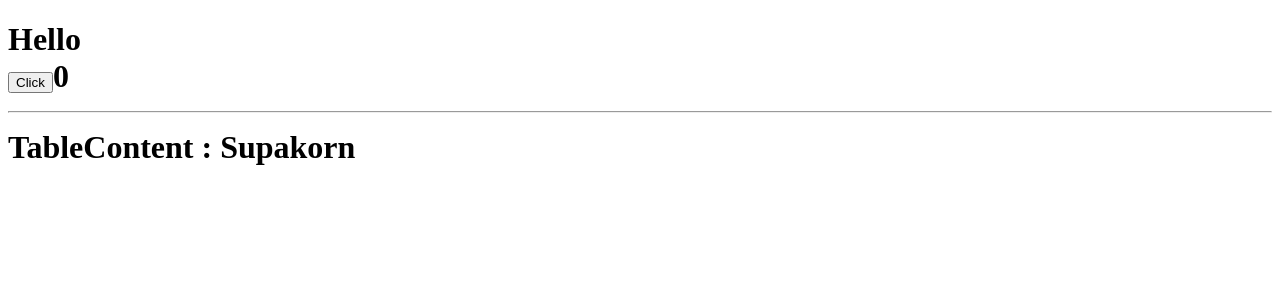
Repository: supakorn5039-boon/React-s
Page: /
These files come from the project's save history. The page is drawn as it stood at one moment and after the next save; the edit follows.
The browser window is 1280 px wide. The pictures show the whole page.
The project was rebuilt for these pictures with package versions that can differ from the ones it lists, and the page was loaded fresh each time. Also part of the build but not shown: vite.config.js.

Above is the page before, as saved 2024-01-09 08:52:11.

After the next save:
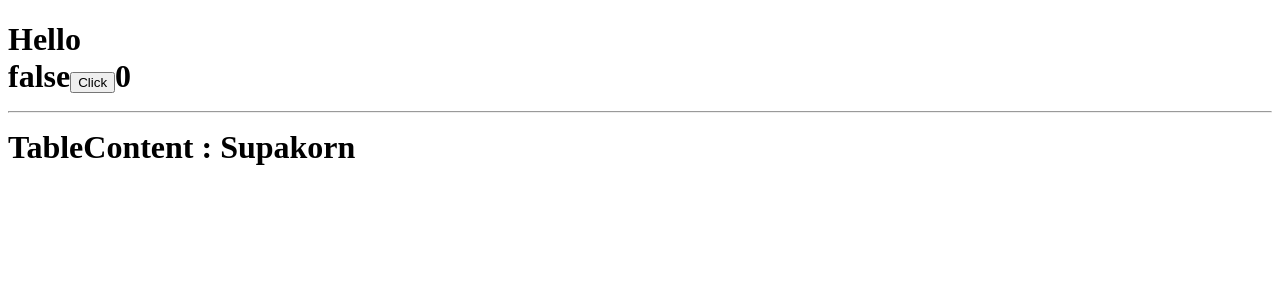
Saved 15 s later.
--- a/src/components/Navbar.jsx
+++ b/src/components/Navbar.jsx
@@ -11,8 +11,7 @@ export default function Navbar({ setData }) {
 
   return (
     <div>
-     {}
-
+      {s == true ? "true " : "false"}
 
       <button onClick={() => handleClick()}>Click</button>
       {s}
